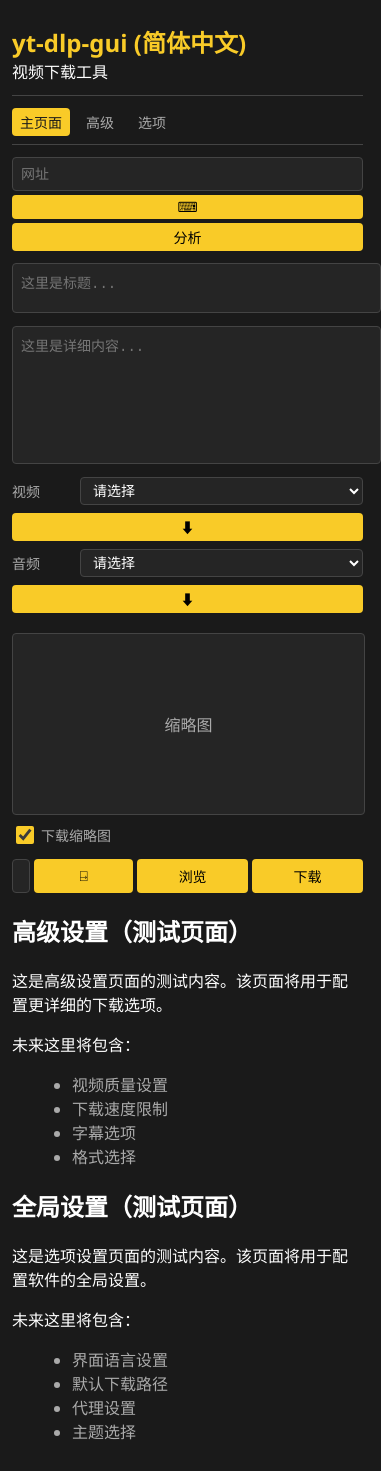
Repository: zArvin6808/yt-TubeSaver
Page: index.html
The author's editor kept a copy of each file at every save. The page is drawn from the files as they stood at one save, then again after the next save.
The browser window is 375 px wide. The page is 381 px wide, so the pictures cover 381 px, including what lies to the right of the window. The pictures show the whole page.

Above is the page before, as saved 2025-06-07 17:33:23.
Console error: TypeError: Cannot read properties of null (reading 'classList')

After the next save:
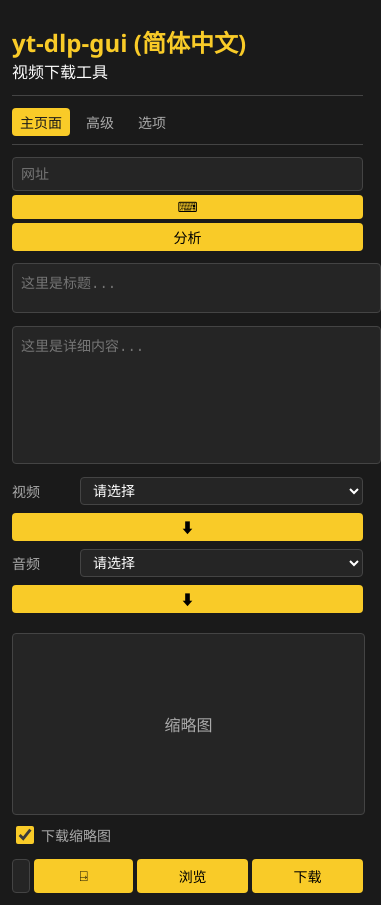
Saved 3 min 10 s later.
--- a/style.css
+++ b/style.css
@@ -197,6 +197,88 @@
   font-size: var(--text-sm);
 }
 
+/* 页面切换样式 */
+.page {
+  display: none;
+}
+
+.page.app-page--active {
+  display: block;
+  animation: fadeIn 0.3s ease-in-out;
+}
+
+@keyframes fadeIn {
+  from { opacity: 0; }
+  to { opacity: 1; }
+}
+
+/* 测试内容区域 */
+.test-content {
+  padding: var(--space-3);
+  background-color: var(--bg-light);
+  border-radius: 4px;
+  margin-top: var(--space-3);
+}
+
+.test-content h2 {
+  color: var(--primary);
+  margin-top: 0;
+  font-size: 1.2rem;
+}
+
+.test-content p {
+  color: var(--text-secondary);
+  line-height: 1.5;
+  margin-bottom: var(--space-2);
+}
+
+.test-content ul {
+  padding-left: var(--space-3);
+  margin-bottom: var(--space-2);
+}
+
+.test-content li {
+  margin-bottom: var(--space-1);
+  color: var(--text-secondary);
+}
+
+/* 高级选项区域 */
+.advanced-options {
+  padding: var(--space-3);
+  background-color: var(--bg-light);
+  border-radius: 4px;
+  margin-top: var(--space-3);
+}
+
+.advanced-options h2 {
+  color: var(--primary);
+  margin-top: 0;
+  font-size: 1.2rem;
+}
+
+.option-group {
+  margin-bottom: var(--space-3);
+}
+
+.option-group label {
+  display: block;
+  margin-bottom: var(--space-1);
+  color: var(--text-secondary);
+  font-size: var(--text-sm);
+}
+
+.option-group input[type="text"],
+.option-group input[type="number"],
+.option-group select {
+  width: 100%;
+  padding: var(--space-1) var(--space-2);
+  background-color: var(--bg-dark);
+  border: 1px solid var(--border);
+  border-radius: 4px;
+  color: var(--text-primary);
+  font-size: var(--text-sm);
+}
+
 /* 响应式设计 */
 @media (max-width: 768px) {
   .content-area {
@@ -224,4 +306,9 @@
   .app-selector__dropdown {
     width: 100%;
   }
-}
+
+  .test-content,
+  .advanced-options {
+    padding: var(--space-2);
+  }
+}
